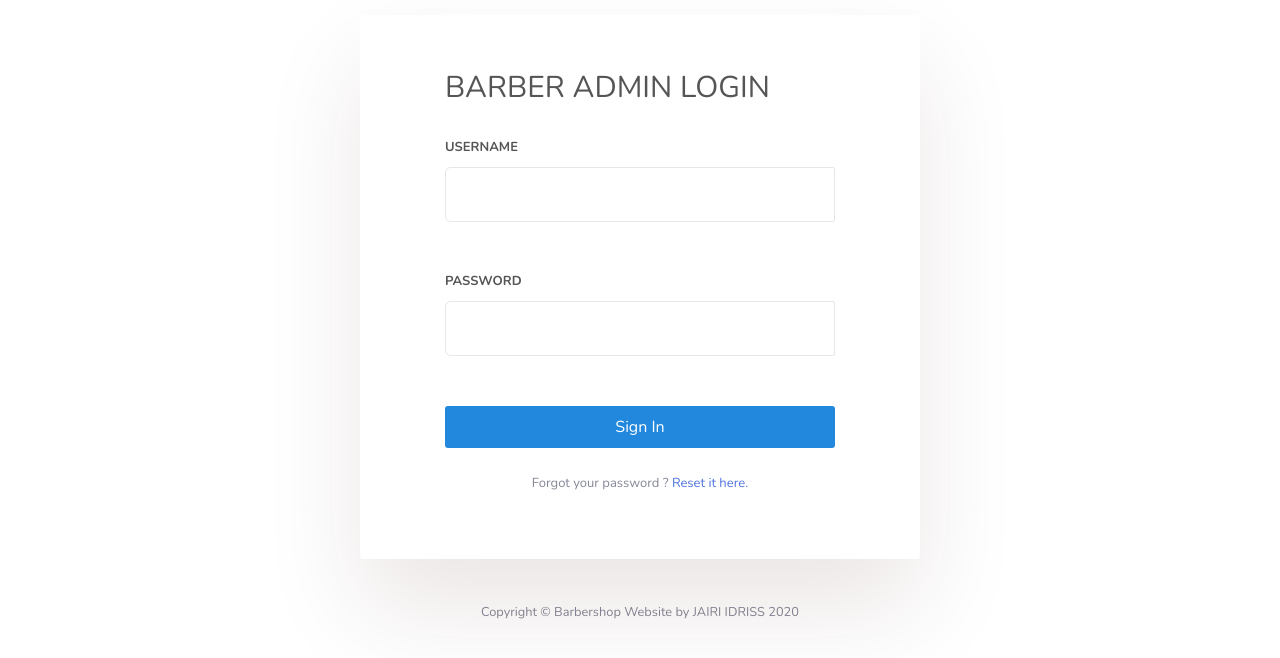
Repository: simondangol-26/barbershop
Page: http://localhost/barber-admin/login.php
The author's editor kept a copy of each file at every save. The page is drawn from the files as they stood at one save, then again after a run of saves.
The browser window is 1280 px wide. The pictures show the whole page.
The page is run by PHP 8.4 with error messages shown; the project is at /var/www/html/.

Above is the page before, as saved 2022-08-18 10:48:14.

After the next 6 saves:
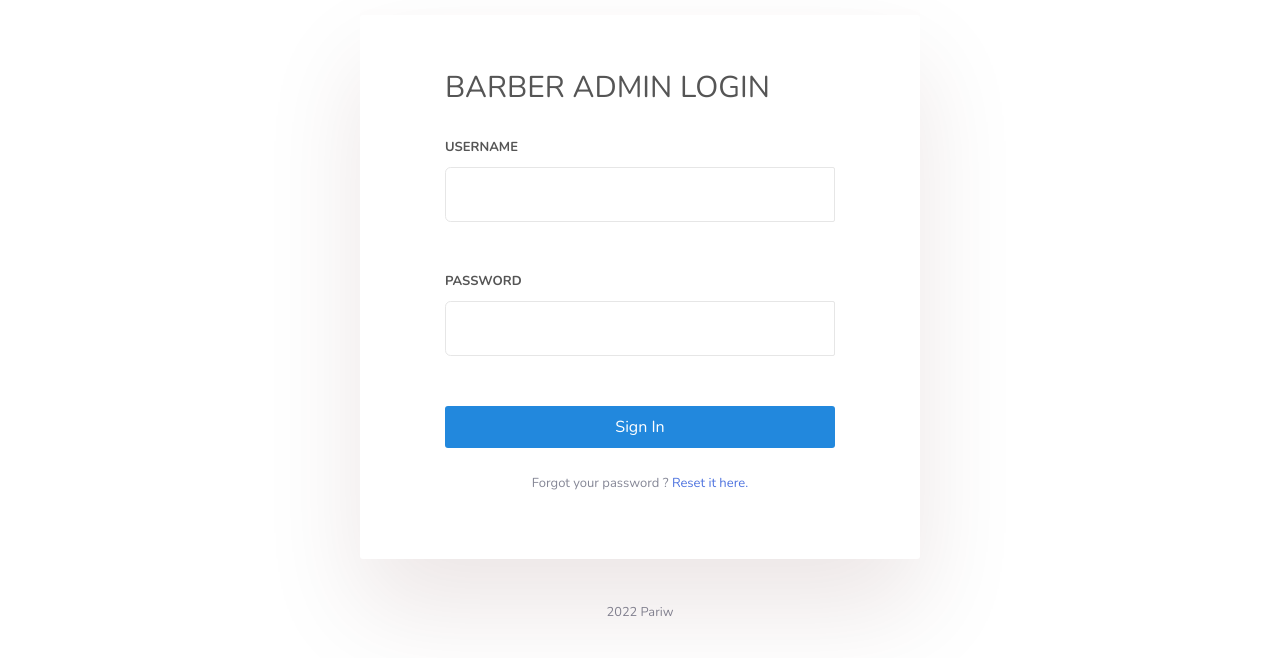
The 6 saves are shown as one change because they came seconds apart.
The last was saved 6 min 28 s later.
--- a/barbershop/barber-admin/login.php
+++ b/barbershop/barber-admin/login.php
@@ -118,7 +118,7 @@
 		<footer class="sticky-footer bg-white">
 			<div class="container my-auto">
 		  		<div class="copyright text-center my-auto">
-					<span>Copyright &copy; Barbershop Website by JAIRI IDRISS 2020</span>
+					<span>2022 Pariw</span>
 		  		</div>
 			</div>
 	  	</footer>
